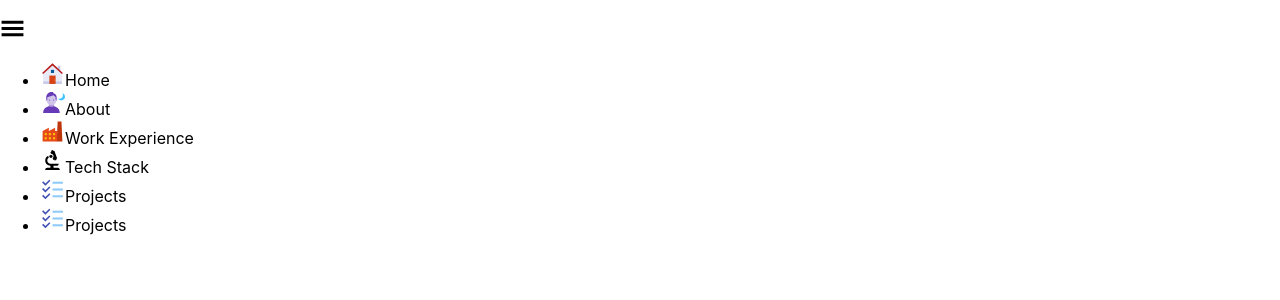
Repository: Laoye99/portfolio
Page: /
These files come from the project's save history. The page is drawn as it stood at one moment and after the next save; the edit follows.
The browser window is 1280 px wide. The pictures show the whole page.
The project was rebuilt for these pictures with package versions that can differ from the ones it lists, and the page was loaded fresh each time. Also part of the build but not shown: src/App.css.

Above is the page before, as saved 2024-02-13 10:04:39.

### src/App.js
import './App.css';
import { createContext, useState } from 'react';
import ScrollToTop from 'react-scroll-to-top';
import Navbar from './components/Navbar';

export const ThemeContext = createContext(null);

const App = () => {
  const [theme, setTheme] = useState("light");

  const changeTheme = () => {
    setTheme((prev) => (prev === "light" ? "dark" : "light"));
  };
  return (
    <ThemeContext.Provider value={{ theme, changeTheme }}>
    <div id={theme}>
    <Navbar/>
    </div>
    <ScrollToTop
    top="200"
    smooth
    height="20"
    width="20"
    color="white"
    style={{ borderRadius: "90px ", backgroundColor: "#38004c" }}
    />
    </ThemeContext.Provider>
  );
}

export default App;

### src/components/Navbar.js
import { useState } from "react";
import {GiHamburgerMenu} from "react-icons/gi";
import { Link } from "react-scroll";
import {
    FcHome,
    FcNightPortrait,
    FcFactory,
    FcTodoList,
    FcContacts } from "react-icons/fc";
import {MdBiotech, } from "react-icons/md"


const Navbar = () => {
    const [open, setOpen] = useState(false);

    const handleClick = () => {
        setOpen(!open);
    };
    return(
        <div className="navbar">
        <div className="navbar-header">
        <p>
        <GiHamburgerMenu size={25} onClick={handleClick} />
        </p>
        <div className="nav">
        <ul>
        <li className="nav-item">
        <Link
        to="home"
        spy={true}
        smooth={true}
        duration={100}
        offset={-100}
        >
        <FcHome size={25}/>
        Home
        </Link>
        </li>
        <li className="nav-item">
        <Link
        to="about"
        spy={true}
        smooth={true}
        duration={100}
        offset={-100}
        >
        <FcNightPortrait size={25}/>
        About
        </Link>
        </li>
        <li className="nav-item">
        <Link
        to="project"
        spy={true}
        smooth={true}
        duration={100}
        offset={-100}
        >
        <FcFactory size={25}/>
        Work Experience
        </Link>
        </li>
        <li className="nav-item">
        <Link
        to="stack"
        spy={true}
        smooth={true}
        duration={100}
        offset={-100}
        >
        <MdBiotech size={25} color='#000000'/>
        Tech Stack
        </Link>
        </li>
        <li className="nav-item">
        <Link
        to="project"
        spy={true}
        smooth={true}
        duration={100}
        offset={-100}
        >
        <FcTodoList size={25} />
        Projects
        </Link>
        </li>
        <li className="nav-item">
        <Link
        to="contact"
        spy={true}
        smooth={true}
        duration={100}
        offset={-100}
        >
        <FcTodoList size={25} color='#000000'/>
        Projects
        </Link>
        </li>
        </ul>
        </div>
        </div>
        </div>
    );

};

export default Navbar;

Loaded but not shown: public/index.html (common file); src/index.js (common file); src/index.css (common file); src/reportWebVitals.js (common file)

After the next save:
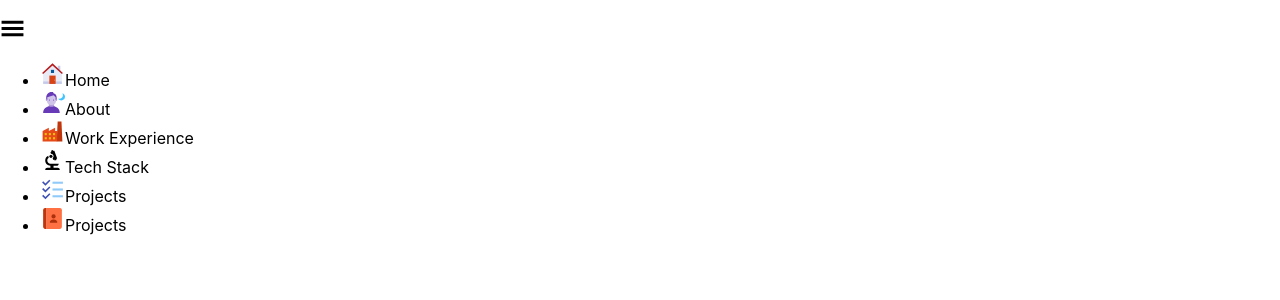
Saved 11 s later.
--- a/src/components/Navbar.js
+++ b/src/components/Navbar.js
@@ -92,7 +92,7 @@ const Navbar = () => {
         duration={100}
         offset={-100}
         >
-        <FcTodoList size={25} color='#000000'/>
+        <FcContacts size={25} color='#000000'/>
         Projects
         </Link>
         </li>
